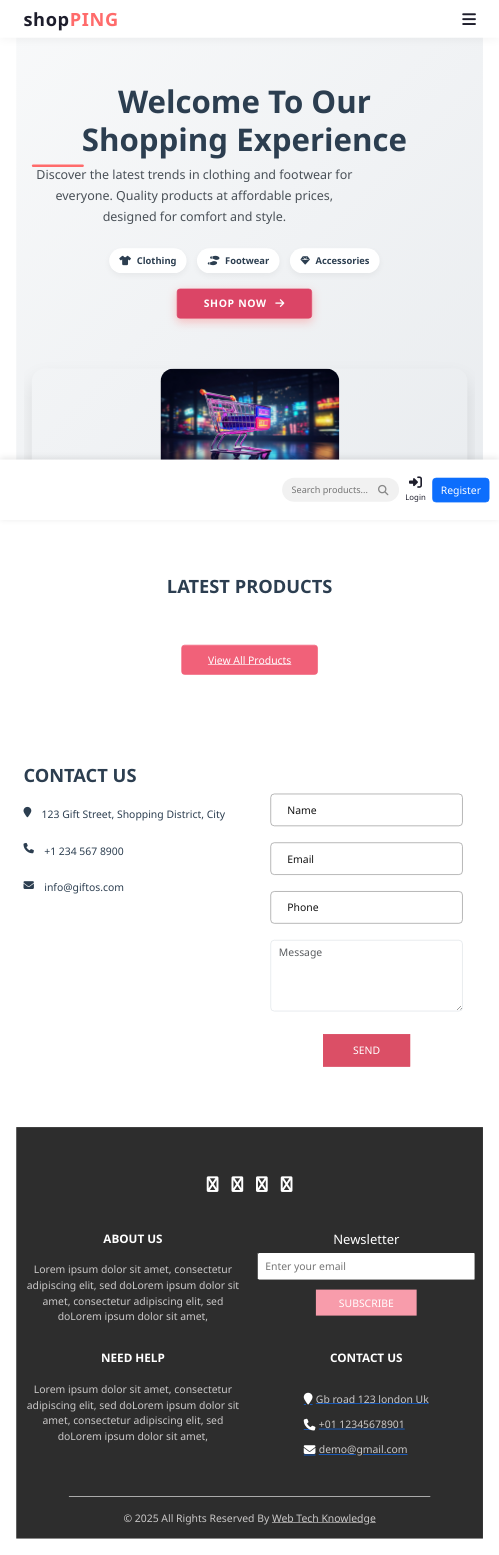
Repository: hahuuchinh2501/ecommerce_project
Page: http://localhost/
These files come from the project's save history. The page is drawn as it stood at one moment and after the next save; the edit follows.
The browser window is 768 px wide. The pictures show the whole page, at 65% of full size.
The page is served by the project's Laravel application, run on PHP 8.4 with Laravel 12. Queries for data that is not in the repository find no rows.

Above is the page before, as saved 2025-04-09 15:53:08.

After the next save:
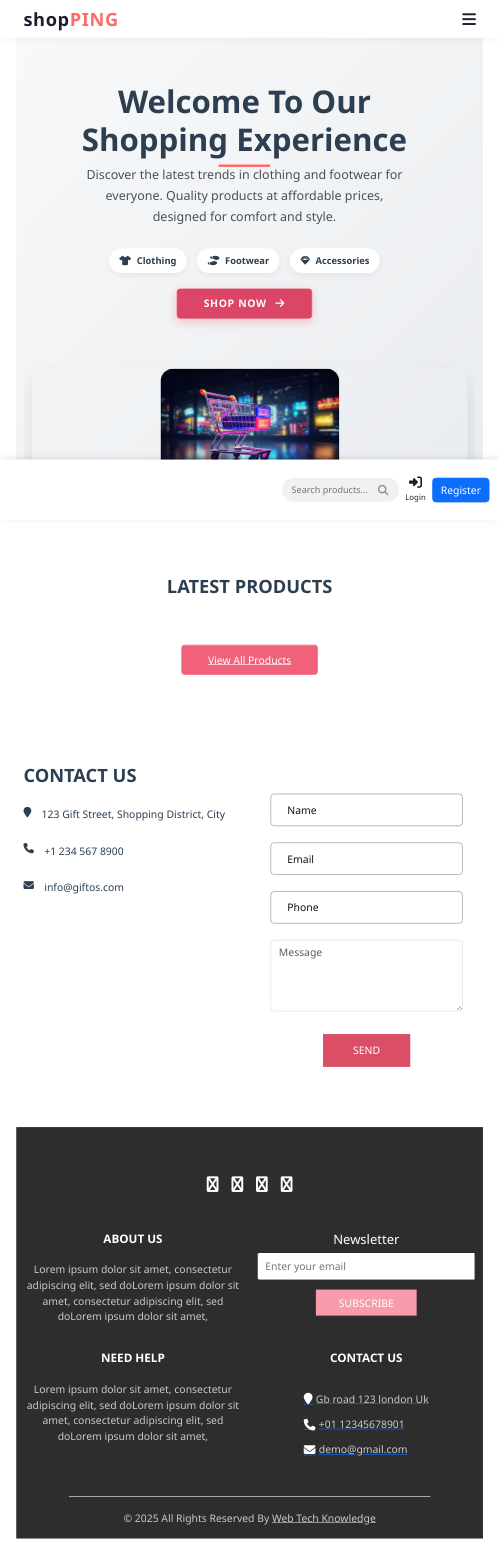
Saved 27 s later.
--- a/resources/views/home/slider.blade.php
+++ b/resources/views/home/slider.blade.php
@@ -167,7 +167,23 @@
         order: 2;
       }
 
-
+      .detail-box h1 {
+        font-size: 2.5rem;
+      }
+
+      .detail-box h1::after {
+        left: 50%;
+        transform: translateX(-50%);
+      }
+
+      .detail-box p {
+        margin: 0 auto 2rem auto;
+      }
+
+      .img-box {
+        margin-bottom: 2rem;
+        order: 1;
+      }
 
       .category-badges {
         justify-content: center;
